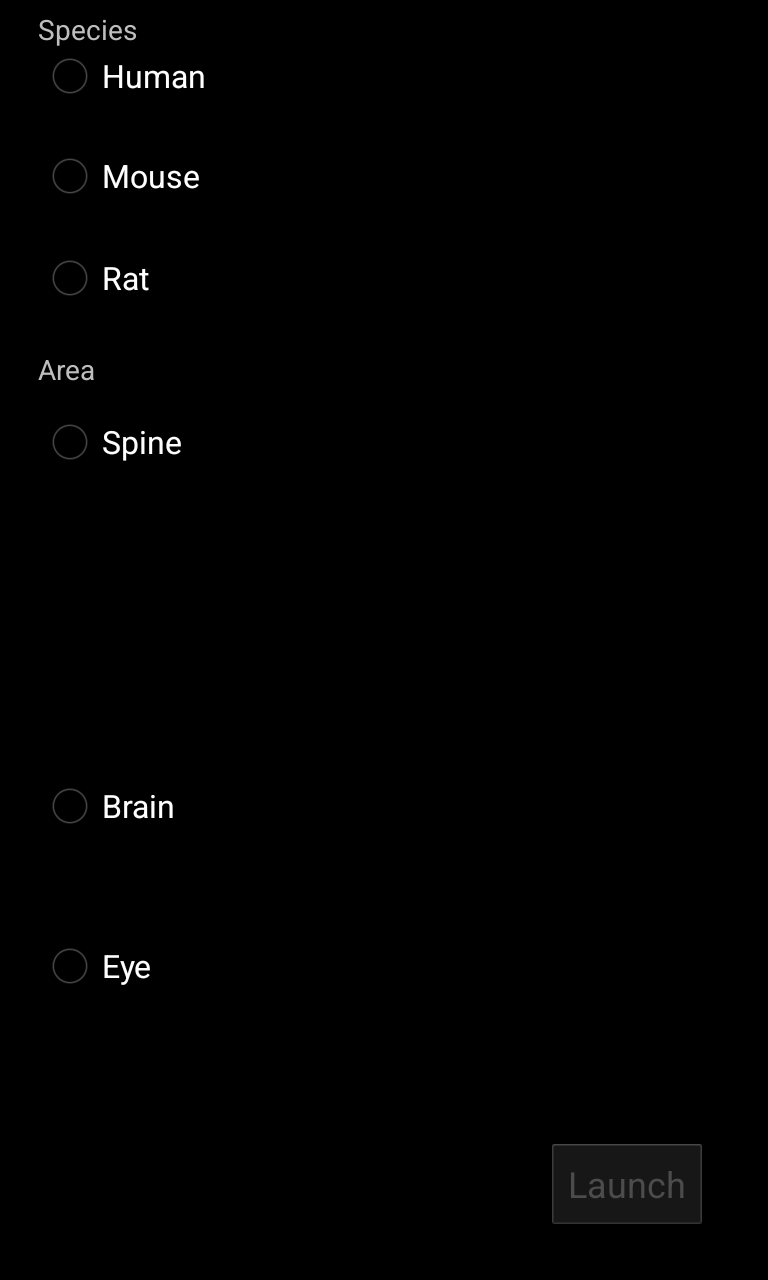
Repository: Ekarg/CSCE315Project3
Layout: Project3/res/layout/activity_main.xml
An editor plug-in stored every save of this project. The layout is shown before and after the next save, followed by the edit.
It is drawn on a 768 x 1280 px phone screen (xhdpi) without system bars, with theme android:Theme.Holo; the app's code is not run.

Above is the layout before, as saved 2013-11-27 20:11:07.

### Project3/res/layout/activity_main.xml
<RelativeLayout xmlns:android="http://schemas.android.com/apk/res/android"
    xmlns:tools="http://schemas.android.com/tools"
    android:layout_width="match_parent"
    android:layout_height="match_parent"
    android:paddingBottom="5dp"
    android:paddingLeft="5dp"
    android:paddingRight="5dp"
    android:paddingTop="5dp"
    tools:context=".MainActivity" >

    <Button
        android:id="@+id/button1"
        android:layout_width="wrap_content"
        android:layout_height="wrap_content"
        android:layout_alignParentBottom="true"
        android:layout_alignParentRight="true"
        android:layout_marginBottom="19dp"
        android:layout_marginRight="24dp"
        android:enabled = "false"
		android:onClick="launch"
        android:text="@string/Button" />

    <TextView
        android:id="@+id/textView1"
        android:layout_width="wrap_content"
        android:layout_height="wrap_content"
        android:layout_marginLeft="14dp"
        android:layout_alignParentTop="true"
        android:text="@string/species" />

   <RadioGroup
        android:id="@+id/radioGroup1"
        android:layout_width="fill_parent"
        android:layout_height="wrap_content"
        android:layout_alignParentTop="true"
        android:layout_centerHorizontal="true"
        android:orientation="vertical" >

        <RadioButton
            android:id="@+id/radioButton1"
            android:layout_width="wrap_content"
            android:layout_height="wrap_content"
            android:layout_marginLeft="14dp"
            android:checked = "false"
            android:layout_marginTop="17dp"
            android:text="@string/human"
            android:onClick="onRadioButtonClicked"/>

        <RadioButton
            android:id="@+id/radioButton2"
            android:layout_width="wrap_content"
            android:layout_height="wrap_content"
            android:layout_marginLeft="14dp"
            android:checked = "false"
            android:layout_marginTop="18dp"
            android:text="@string/mouse"
            android:onClick="onRadioButtonClicked"/>

        <RadioButton
            android:id="@+id/radioButton3"
            android:layout_width="wrap_content"
            android:layout_height="wrap_content"
            android:layout_marginLeft="14dp"
            android:checked = "false"
            android:layout_marginTop="19dp"
            android:text="@string/rat"
            android:onClick="onRadioButtonClicked"/>
    </RadioGroup>

    <TextView
        android:id="@+id/textView2"
        android:layout_width="wrap_content"
        android:layout_height="wrap_content"
        android:layout_alignLeft="@+id/textView1"
        android:layout_below="@+id/radioGroup1"
        android:layout_marginTop="20dp"
        android:text="@string/area"
        android:onClick="onRadioButtonClicked" />

     <RadioGroup
        android:id="@+id/radioGroup2"
        android:layout_width="fill_parent"
        android:layout_height="wrap_content"
        android:layout_alignParentTop="true"
        android:layout_centerHorizontal="true"
        android:orientation="vertical" >

	    <RadioButton
	        android:id="@+id/radioButton4"
	        android:layout_width="wrap_content"
            android:layout_height="wrap_content"
            android:layout_marginLeft="14dp"
            android:checked = "false"
            android:layout_marginTop="200dp"
	        android:onClick="onRadioButtonClicked"
	        android:text="@string/spine" />

	    <RadioButton
	        android:id="@+id/radioButton5"
	        android:layout_width="wrap_content"
	        android:layout_height="wrap_content"
	        android:layout_marginLeft="14dp"
	        android:layout_marginTop="150dp"
	        android:checked="false"
	        android:onClick="onRadioButtonClicked"
	        android:text="@string/brain" />

	     <RadioButton
         android:id="@+id/radioButton6"
         android:layout_width="wrap_content"
         android:layout_height="wrap_content"
         android:checked = "false"
         android:layout_marginLeft="14dp"
         android:layout_marginTop="48dp"
         android:text="@string/eye"
         android:onClick="onRadioButtonClicked" />
	</RadioGroup>



</RelativeLayout>

### Project3/res/values/strings.xml
<?xml version="1.0" encoding="utf-8"?>
<resources>

    <string name="app_name">Show Me the.... Neuron!</string>
    <string name="action_settings">Settings</string>
    <string name="hello_world">Hello world!</string>
    <string name="Button">Launch</string>
    <string name="title_activity_second">Neuron Display</string>
    <string name="species">Species</string>
    <string name="human">Human</string>
    <string name="mouse">Mouse</string>
    <string name="rat">Rat</string>
    <string name="area">Area</string>
    <string name="eye">Eye</string>
    <string name="brain">Brain</string>
    <string name="spine">Spine</string>


</resources>

After the next save:
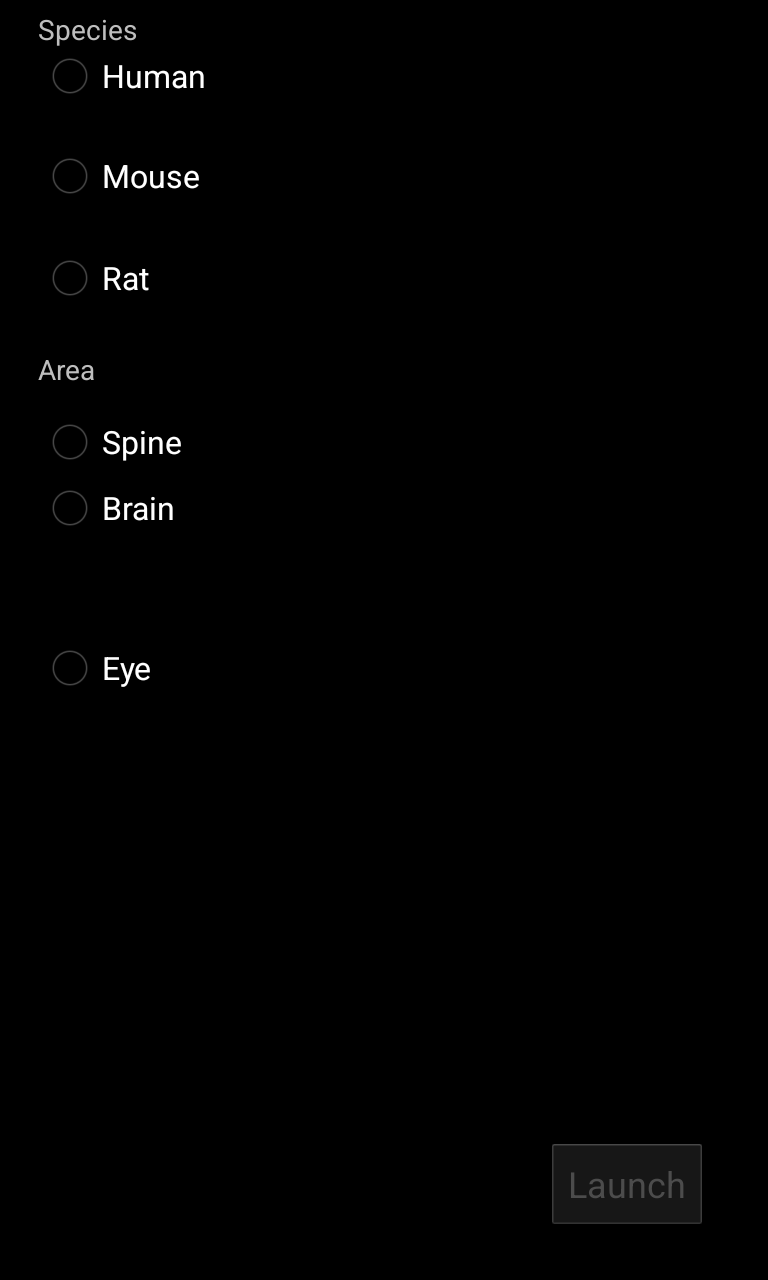
Saved 9 s later.
--- a/Project3/res/layout/activity_main.xml
+++ b/Project3/res/layout/activity_main.xml
@@ -100,7 +100,7 @@
 	        android:layout_width="wrap_content"
 	        android:layout_height="wrap_content"
 	        android:layout_marginLeft="14dp"
-	        android:layout_marginTop="150dp"
+	        android:layout_marginTop="1dp"
 	        android:checked="false"
 	        android:onClick="onRadioButtonClicked"
 	        android:text="@string/brain" />
